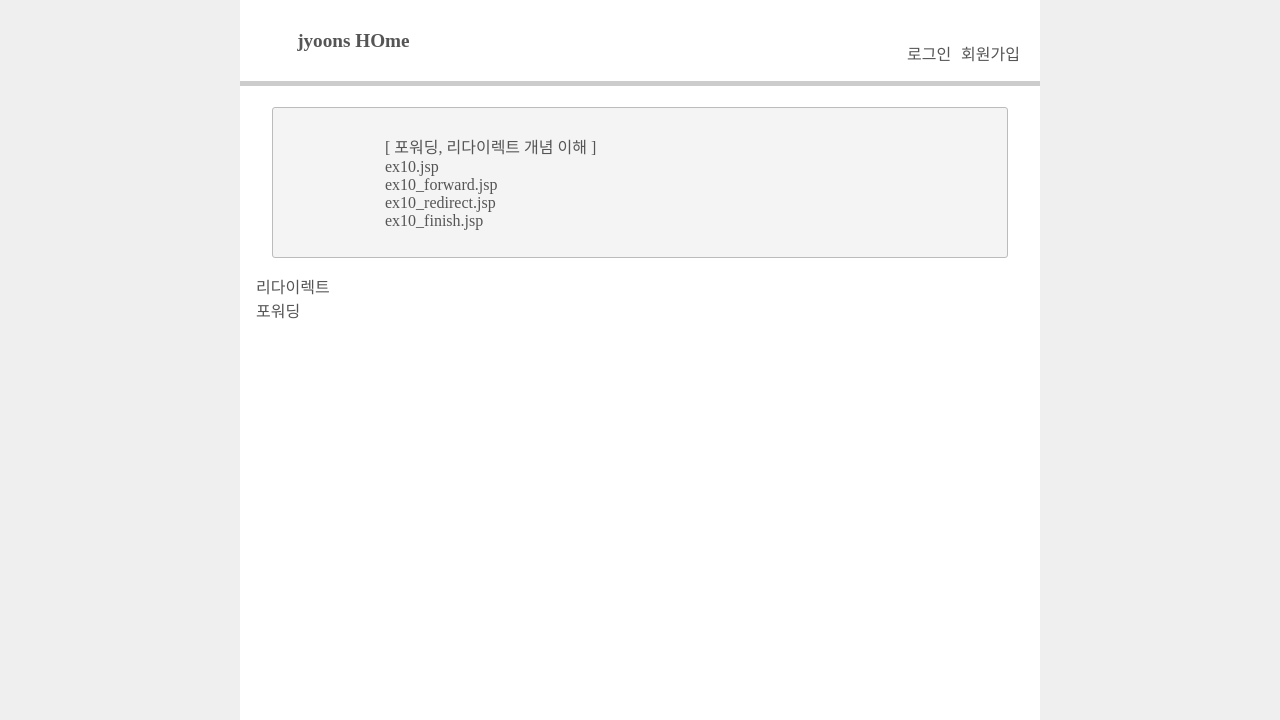
Repository: jyoons00/JSP-sample
Page: http://localhost/jspPro/days03/ex10.jsp
These files come from the project's save history. The page is drawn as it stood at one moment and after a run of saves; the edit follows.
The browser window is 1280 px wide. The pictures show the whole page.
Some web fonts or font styles are not loaded; a fallback is used. The page is served by Tomcat 9.

Above is the page before, as saved 2024-10-17 08:05:13.

After the next 3 saves:
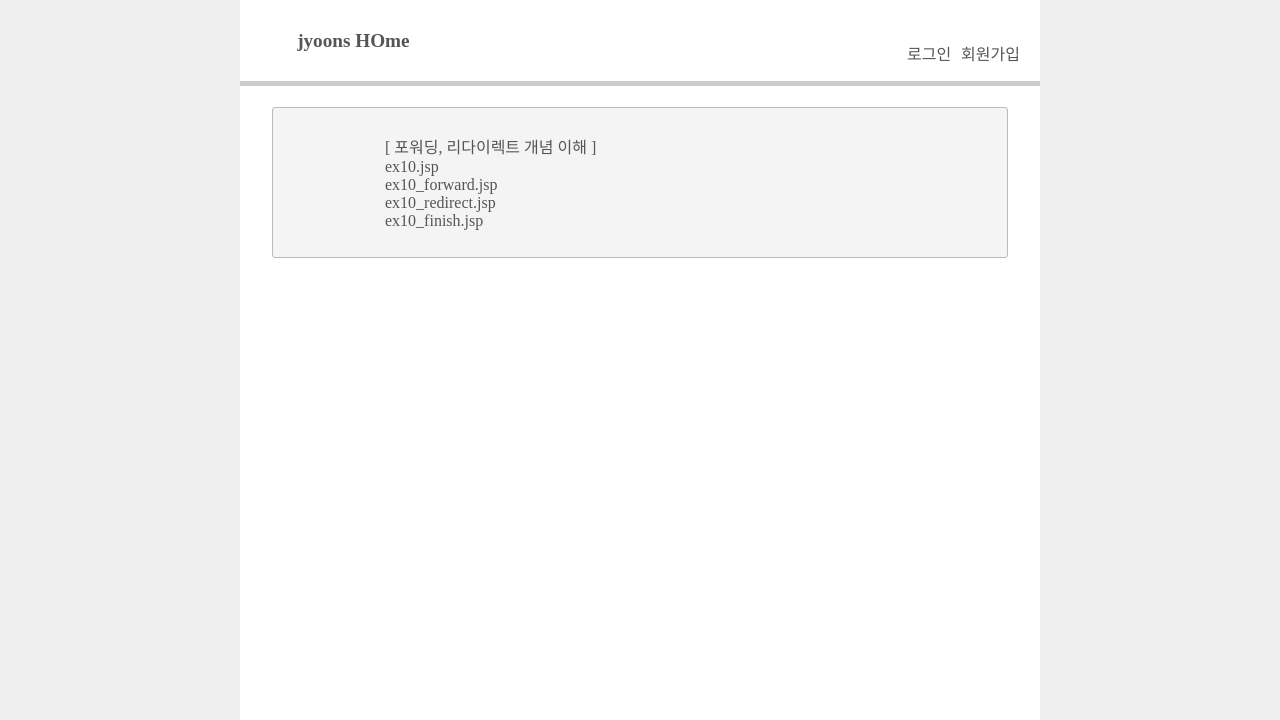
The 3 saves are shown as one change because 2 did not build or start.
The last was saved 110 s later.
--- a/jspPro/src/main/webapp/days03/ex10.jsp
+++ b/jspPro/src/main/webapp/days03/ex10.jsp
@@ -46,8 +46,11 @@
   	    int age = 20;
   	  %>
 
-  	  <a href="ex10_redirect.jsp">리다이렉트</a><br>
-  	  <a href="ex10_forward.jsp">포워딩</a><br>
+  	  <%--
+  	  <a href="ex10_redirect.jsp=<%= name %>&age=<%= age>">리다이렉트</a><br>
+  	  <a href="ex10_forward.jsp=<%= name %>&age=<%= age>">리다이렉트</a><br>
+  	   --%>
+
 
 
     </div>
